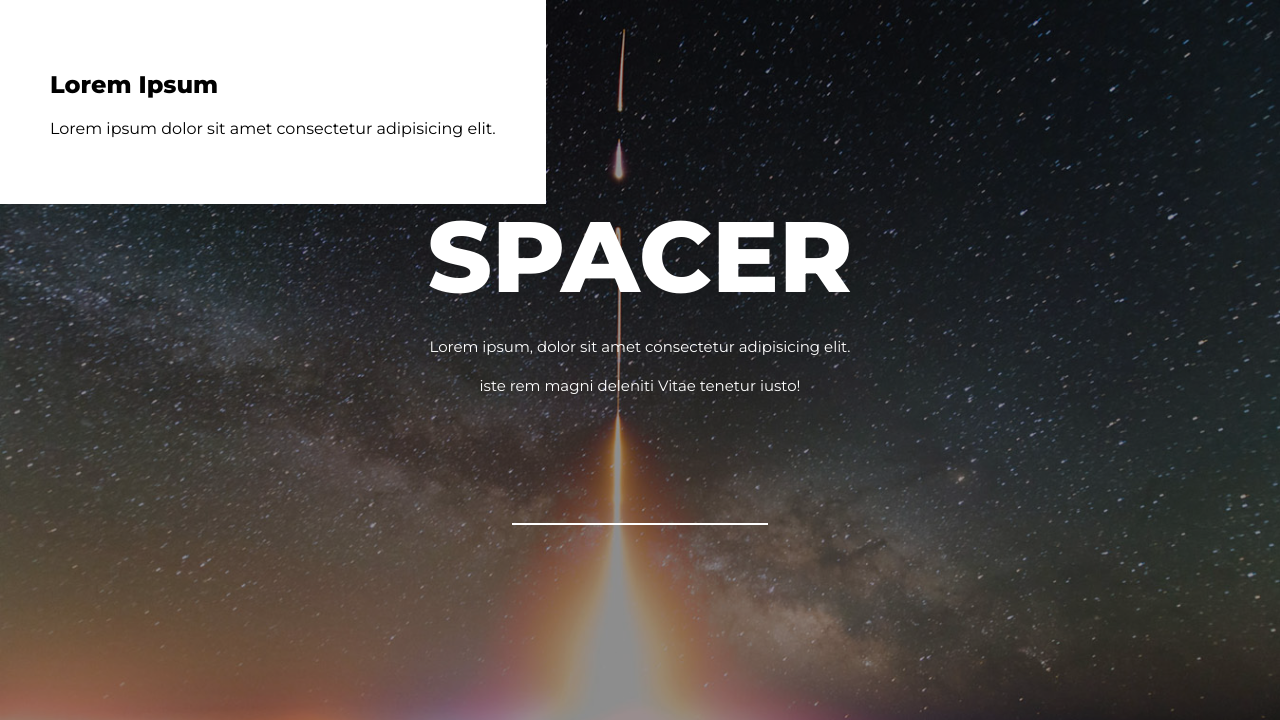
Repository: bwieckowski/spacer-vue-tutorial
Page: /
These files come from the project's save history. The page is drawn as it stood at one moment and after the next save; the edit follows.
The browser window is 1280 px wide. The pictures show the whole page.
The project was rebuilt for these pictures with package versions that can differ from the ones it lists, and the page was loaded fresh each time. Also part of the build but not shown: src/components/Item.vue.

Above is the page before, as saved 2019-01-04 23:37:49.

After the next save:
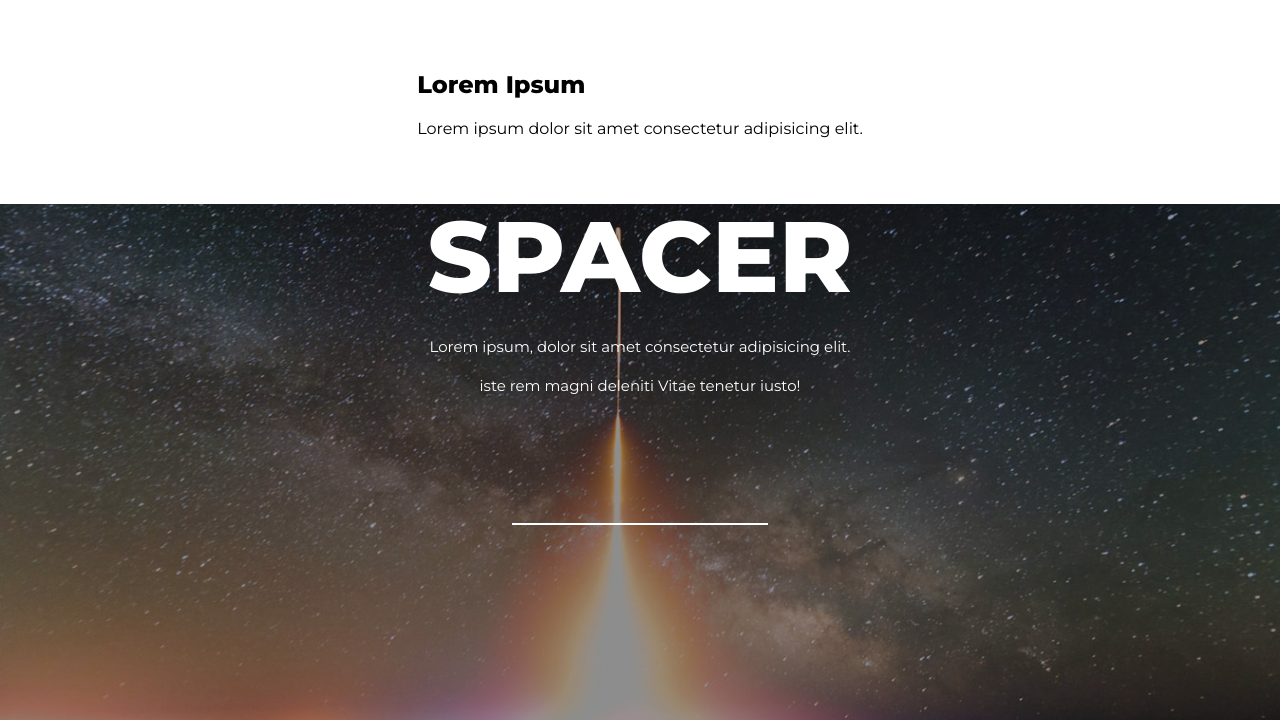
Saved 12 s later.
--- a/src/components/Modal.vue
+++ b/src/components/Modal.vue
@@ -26,7 +26,7 @@ export default {
     color:black;
     top: 0;
     left: 0;
-    max-width: 100%;
+    width: 100%;
   }
 .innerWrapper{
   display: flex;
